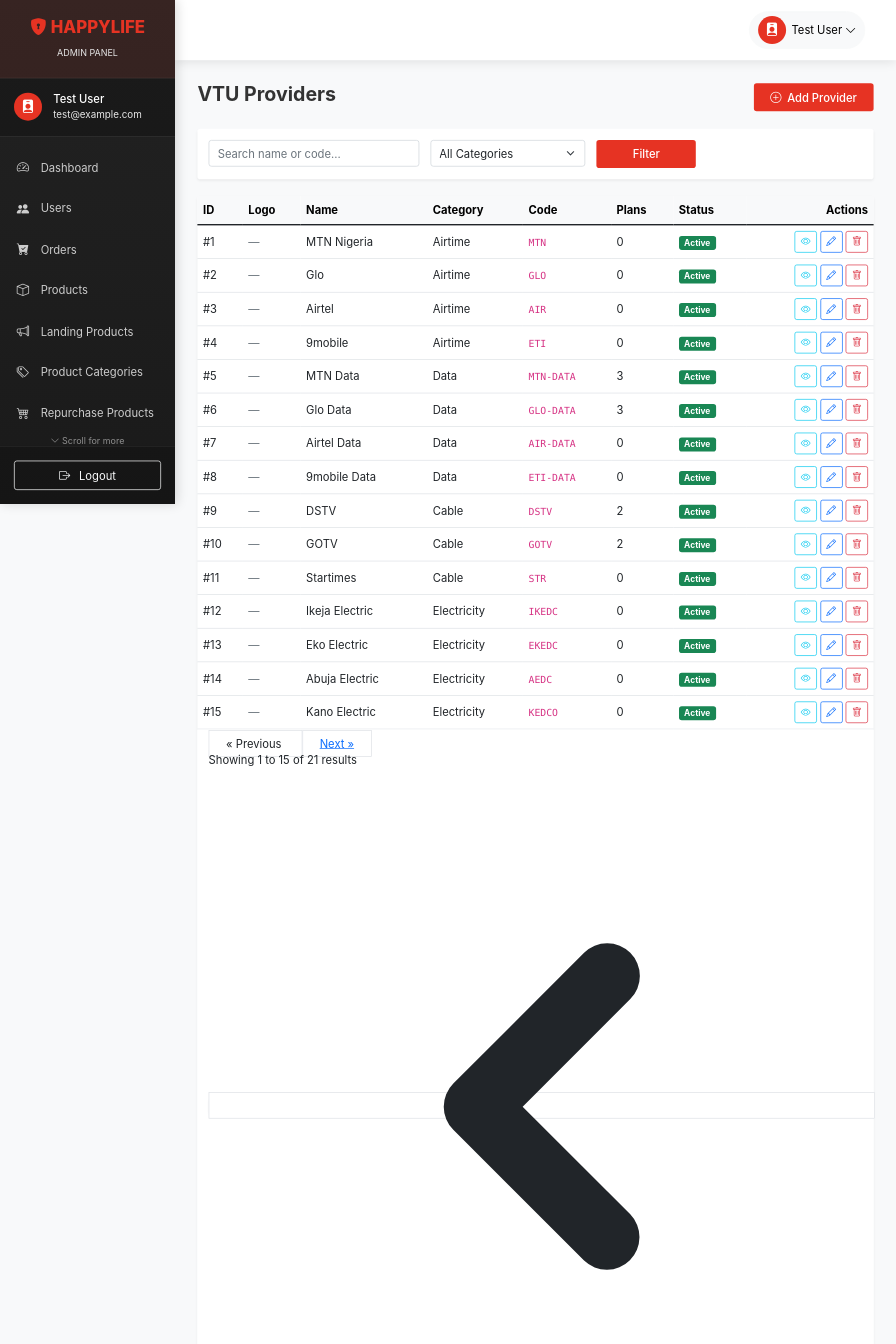
Repository: YackswebCode/happylife
Page: http://localhost/admin/vtu/providers
These files come from the project's save history. The page is drawn as it stood at one moment and after the next save; the edit follows.
The browser window is 1280 px wide. The pictures show the part of the page from y = 0 to 1920 px (the page is 3046 px tall), at 70% of full size.
The page is served by the project's Laravel application, run on PHP 8.4 with Laravel 12. The first stored user is signed in. Other server files are loaded and not shown. The database holds what the project's SQL file puts in it.

Above is the page before, as saved 2026-03-15 20:08:30.

### app/Models/Admin.php
<?php

namespace App\Models;

use Illuminate\Foundation\Auth\User as Authenticatable;
use Illuminate\Notifications\Notifiable;

class Admin extends Authenticatable
{
    use Notifiable;

    protected $fillable = [
        'name',
        'email',
        'password',   // 👈 Make sure this is a string, not a number
    ];

    protected $hidden = [
        'password',
        'remember_token',
    ];
}

### app/Models/VtuProvider.php
<?php

namespace App\Models;

use Illuminate\Database\Eloquent\Factories\HasFactory;
use Illuminate\Database\Eloquent\Model;

class VtuProvider extends Model
{
    use HasFactory;

    protected $fillable = [
        'name',
        'api_code',   // <-- add this
        'category',
        'logo',
        'is_active',
    ];

    protected $casts = [
        'is_active' => 'boolean',
    ];

    public function plans()
    {
        return $this->hasMany(VtuPlan::class, 'provider_id');
    }


        public function payscribeCode()
    {
        return $this->code; // exact string Payscribe expects
    }
}

### app/Models/VTUPlan.php
<?php

namespace App\Models;

use Illuminate\Database\Eloquent\Factories\HasFactory;
use Illuminate\Database\Eloquent\Model;

class VtuPlan extends Model
{
    use HasFactory;

    protected $fillable = [
        'provider_id',
        'api_code',       // <-- add this
        'name',
        'amount',
        'validity',
        'size',
        'is_active',
    ];

    protected $casts = [
        'is_active' => 'boolean',
        'amount' => 'decimal:2',
    ];

    public function provider()
    {
        return $this->belongsTo(VtuProvider::class, 'provider_id');
    }
}

### resources/views/admin/vtu/providers/index.blade.php
@extends('layouts.admin')

@section('title', 'VTU Providers')

@section('content')
<div class="container-fluid px-0">
    <div class="d-flex justify-content-between align-items-center mb-4">
        <h2 class="h3 text-dark-gray fw-bold">VTU Providers</h2>
        <a href="{{ route('admin.vtu.providers.create') }}" class="btn btn-red">
            <i class="bi bi-plus-circle me-2"></i>Add Provider
        </a>
    </div>

    <div class="card border-0 shadow-sm mb-4">
        <div class="card-body">
            <form method="GET" action="{{ route('admin.vtu.providers.index') }}">
                <div class="row g-3">
                    <div class="col-md-4">
                        <input type="text" name="search" class="form-control" placeholder="Search name or code..." value="{{ request('search') }}">
                    </div>
                    <div class="col-md-3">
                        <select name="category" class="form-select">
                            <option value="">All Categories</option>
                            <option value="airtime" {{ request('category') == 'airtime' ? 'selected' : '' }}>Airtime</option>
                            <option value="data" {{ request('category') == 'data' ? 'selected' : '' }}>Data</option>
                            <option value="cable" {{ request('category') == 'cable' ? 'selected' : '' }}>Cable TV</option>
                            <option value="electricity" {{ request('category') == 'electricity' ? 'selected' : '' }}>Electricity</option>
                        </select>
                    </div>
                    <div class="col-md-2">
                        <button type="submit" class="btn btn-red w-100">Filter</button>
                    </div>
                </div>
            </form>
        </div>
    </div>

    <div class="card border-0 shadow-sm">
        <div class="card-body p-0">
            <table class="table table-hover align-middle mb-0">
                <thead class="table-light">
                    <tr>
                        <th>ID</th>
                        <th>Logo</th>
                        <th>Name</th>
                        <th>Category</th>
                        <th>Code</th>
                        <th>Plans</th>
                        <th>Status</th>
                        <th class="text-end">Actions</th>
                    </tr>
                </thead>
                <tbody>
                    @forelse($providers as $provider)
                    <tr>
                        <td>#{{ $provider->id }}</td>
                        <td>
                            @if($provider->logo)
                                <img src="{{ asset('storage/'.$provider->logo) }}" alt="{{ $provider->name }}" style="width: 40px; height: 40px; object-fit: contain;">
                            @else
                                <span class="text-muted">—</span>
                            @endif
                        </td>
                        <td>{{ $provider->name }}</td>
                        <td>{{ ucfirst($provider->category) }}</td>
                        <td><code>{{ $provider->code }}</code></td>
                        <td>{{ $provider->plans()->count() }}</td>
                        <td>
                            @if($provider->is_active)
                                <span class="badge bg-success">Active</span>
                            @else
                                <span class="badge bg-secondary">Inactive</span>
                            @endif
                        </td>
                        <td class="text-end">
                            <a href="{{ route('admin.vtu.providers.show', $provider) }}" class="btn btn-sm btn-outline-info"><i class="bi bi-eye"></i></a>
                            <a href="{{ route('admin.vtu.providers.edit', $provider) }}" class="btn btn-sm btn-outline-primary"><i class="bi bi-pencil"></i></a>
                            <form action="{{ route('admin.vtu.providers.destroy', $provider) }}" method="POST" class="d-inline" onsubmit="return confirm('Delete this provider?');">
                                @csrf @method('DELETE')
                                <button class="btn btn-sm btn-outline-danger"><i class="bi bi-trash"></i></button>
                            </form>
                        </td>
                    </tr>
                    @empty
                    <tr><td colspan="8" class="text-center py-4 text-muted">No providers found.</td></tr>
                    @endforelse
                </tbody>
            </table>
        </div>
        @if($providers->hasPages())
        <div class="card-footer bg-white border-0">
            {{ $providers->links() }}
        </div>
        @endif
    </div>
</div>
@endsection

### sql/happylife.sql (the tables this page reads)
CREATE TABLE `users` (
  `id` bigint(20) UNSIGNED NOT NULL,
  `name` varchar(255) NOT NULL,
  `email` varchar(255) NOT NULL,
  `email_verified_at` timestamp NULL DEFAULT NULL,
  `username` varchar(255) NOT NULL,
  `phone` varchar(255) DEFAULT NULL,
  `address` text DEFAULT NULL,
  `password` varchar(255) NOT NULL,
  `sponsor_id` varchar(255) DEFAULT NULL,
  `placement_id` varchar(255) DEFAULT NULL,
  `placement_position` varchar(255) DEFAULT NULL,
  `package_id` bigint(20) UNSIGNED DEFAULT NULL,
  `country` varchar(255) DEFAULT NULL,
  `state` varchar(255) DEFAULT NULL,
  `product_id` bigint(20) UNSIGNED DEFAULT NULL,
  `pickup_center_id` bigint(20) UNSIGNED DEFAULT NULL,
  `rank_id` bigint(20) UNSIGNED DEFAULT NULL,
  `left_count` int(11) NOT NULL DEFAULT 0,
  `right_count` int(11) NOT NULL DEFAULT 0,
  `total_pv` decimal(12,2) NOT NULL DEFAULT 0.00,
  `current_pv` decimal(12,2) NOT NULL DEFAULT 0.00,
  `status` varchar(255) NOT NULL DEFAULT 'active',
  `registration_date` timestamp NULL DEFAULT NULL,
  `role` enum('admin','company','member') NOT NULL DEFAULT 'member',
  `remember_token` varchar(100) DEFAULT NULL,
  `verification_code` varchar(10) DEFAULT NULL,
  `created_at` timestamp NULL DEFAULT NULL,
  `updated_at` timestamp NULL DEFAULT NULL,
  `referral_code` varchar(255) DEFAULT NULL,
  `payment_status` varchar(20) NOT NULL DEFAULT 'pending',
  `activated_at` timestamp NULL DEFAULT NULL,
  `commission_wallet_balance` decimal(12,2) DEFAULT 0.00,
  `registration_wallet_balance` decimal(12,2) DEFAULT 0.00,
  `rank_wallet_balance` decimal(12,2) DEFAULT 0.00,
  `shopping_wallet_balance` decimal(12,2) DEFAULT 0.00,
  `left_pv` decimal(12,2) NOT NULL DEFAULT 0.00,
  `right_pv` decimal(12,2) NOT NULL DEFAULT 0.00,
  `direct_bonus_total` decimal(12,2) DEFAULT 0.00,
  `indirect_level_2_bonus_total` decimal(12,2) DEFAULT 0.00,
  `indirect_level_3_bonus_total` decimal(12,2) DEFAULT 0.00,
  `matching_pv_bonus_total` decimal(12,2) DEFAULT 0.00,
  `paid_matching_pv` decimal(12,2) NOT NULL DEFAULT 0.00,
  `rank_bonus_total` decimal(12,2) DEFAULT 0.00,
  `repurchase_bonus_total` decimal(12,2) DEFAULT 0.00,
  `lifestyle_bonus_total` decimal(12,2) DEFAULT 0.00,
  `direct_sponsors_count` int(11) DEFAULT 0,
  `upgrade_bonus_total` decimal(12,2) NOT NULL DEFAULT 0.00
) ENGINE=InnoDB DEFAULT CHARSET=utf8mb4 COLLATE=utf8mb4_unicode_ci;

INSERT INTO `users` (`id`, `name`, `email`, `email_verified_at`, `username`, `phone`, `address`, `password`, `sponsor_id`, `placement_id`, `placement_position`, `package_id`, `country`, `state`, `product_id`, `pickup_center_id`, `rank_id`, `left_count`, `right_count`, `total_pv`, `current_pv`, `status`, `registration_date`, `role`, `remember_token`, `verification_code`, `created_at`, `updated_at`, `referral_code`, `payment_status`, `activated_at`, `commission_wallet_balance`, `registration_wallet_balance`, `rank_wallet_balance`, `shopping_wallet_balance`, `left_pv`, `right_pv`, `direct_bonus_total`, `indirect_level_2_bonus_total`, `indirect_level_3_bonus_total`, `matching_pv_bonus_total`, `paid_matching_pv`, `rank_bonus_total`, `repurchase_bonus_total`, `lifestyle_bonus_total`, `direct_sponsors_count`, `upgrade_bonus_total`) VALUES
(2, 'John Doe', 'john@example.com', '2026-02-10 13:18:14', 'johndoe', '08030000003', 'testing', '$2y$12$54luF8FjQiMF5Z9/x7FbvO0RRZLtmGML4HrhpsoY4o/vycr9W9WRi', '1', '1', NULL, 2, NULL, NULL, 1, 2, 2, 1, 0, 260.00, 260.00, 'active', '2026-02-10 11:51:19', 'member', NULL, NULL, '2026-02-10 11:51:19', '2026-02-21 13:02:52', 'SP12345', 'paid', NULL, 32706.00, 0.00, 0.00, 0.00, 220.00, 40.00, 32500.00, 125.00, 37.50, 4.00, 40.00, 5000.00, 0.00, 0.00, 2, 40.00),
(32, 'Yahaya Ibrahim', 'yahayaibraheem808@gmail.com', '2026-02-21 11:40:09', 'yahayaibrahim', '+234 7084343765', '21 421 Mokwa-bida Road NI Mokwa, Ng\r\nBuilding', '$2y$12$i9XkddAX75gOFwnMPIWsW.28jNLi5/IxSsEAZgi4Reb7uBoG6LQxG', '2', '2', 'left', 4, 'Arewa', 'Niger', 4, 3, 2, 1, 1, 130.00, 130.00, 'active', '2026-02-21 11:39:18', 'member', NULL, NULL, '2026-02-21 11:39:18', '2026-02-21 15:15:13', 'HL7J7TUK', 'paid', '2026-02-21 11:41:08', 6107.50, 0.00, 6000.00, 2000.00, 50.00, 50.00, 5000.00, 62.50, 0.00, 5.00, 50.00, 6000.00, 0.00, 0.00, 4, 40.00),
(33, 'Yahaya Ibrahim', 'yi66130@gmail.com', '2026-02-21 11:43:36', 'yahayaibrahim1', '+2348012345678', NULL, '$2y$12$zW2NanW5WiKjpZX5ILKO1u9Dpnm2VeOijFNCeU5TJCZVS39h95m8i', '32', '32', 'left', 1, 'Arewa', 'Niger', 1, 3, NULL, 0, 0, 10.00, 10.00, 'active', '2026-02-21 11:43:13', 'member', NULL, NULL, '2026-02-21 11:43:13', '2026-02-21 11:43:51', 'HLGFBAHK', 'paid', '2026-02-21 11:43:51', 0.00, 0.00, 0.00, 0.00, 0.00, 0.00, 0.00, 0.00, 0.00, 0.00, 0.00, 0.00, 0.00, 0.00, 0, 0.00),
(34, 'Yahaya Ibrahim', 'khadijat6126@gmail.com', '2026-02-21 11:47:30', 'yahayaibrahim2', '+2348012345677', NULL, '$2y$12$qU/SnLtbB.l6Ek5hRXXC8eGaWP/TC0gFh7pSaoL33XUstLfzbr8JG', '32', '32', 'right', 1, 'Arewa', 'Niger', 1, 3, NULL, 1, 0, 20.00, 20.00, 'active', '2026-02-21 11:47:04', 'member', NULL, NULL, '2026-02-21 11:47:04', '2026-02-21 11:53:11', 'HLY4DBNO', 'paid', '2026-02-21 11:47:44', 2500.00, 0.00, 0.00, 0.00, 10.00, 0.00, 2500.00, 0.00, 0.00, 0.00, 0.00, 0.00, 0.00, 0.00, 2, 0.00),
(35, 'Yahaya Ibrahim', 'yacksweb@mail.com', '2026-02-21 11:52:53', 'yahayaibrahim3', '+2348012345655', NULL, '$2y$12$CNV3Id6rWMjDjLExwPirver7eHzeoebI4Fk.Z27bJAW6oetRC5naO', '34', '34', 'left', 1, 'Arewa', 'Niger', 1, 3, NULL, 0, 0, 10.00, 10.00, 'active', '2026-02-21 11:52:32', 'member', NULL, NULL, '2026-02-21 11:52:32', '2026-02-21 11:53:11', 'HLEYEAYZ', 'paid', '2026-02-21 11:53:11', 0.00, 0.00, 0.00, 0.00, 0.00, 0.00, 0.00, 0.00, 0.00, 0.00, 0.00, 0.00, 0.00, 0.00, 0, 0.00);

ALTER TABLE `users`
  ADD PRIMARY KEY (`id`),
  ADD UNIQUE KEY `users_email_unique` (`email`),
  ADD UNIQUE KEY `users_username_unique` (`username`),
  ADD UNIQUE KEY `users_referral_code_unique` (`referral_code`),
  ADD KEY `users_package_id_foreign` (`package_id`),
  ADD KEY `users_pickup_center_id_foreign` (`pickup_center_id`),
  ADD KEY `users_rank_id_foreign` (`rank_id`),
  ADD KEY `users_product_id_foreign` (`product_id`);

ALTER TABLE `users`
  MODIFY `id` bigint(20) UNSIGNED NOT NULL AUTO_INCREMENT, AUTO_INCREMENT=36;

ALTER TABLE `users`
  ADD CONSTRAINT `users_package_id_foreign` FOREIGN KEY (`package_id`) REFERENCES `packages` (`id`),
  ADD CONSTRAINT `users_pickup_center_id_foreign` FOREIGN KEY (`pickup_center_id`) REFERENCES `pickup_centers` (`id`),
  ADD CONSTRAINT `users_rank_id_foreign` FOREIGN KEY (`rank_id`) REFERENCES `ranks` (`id`);

CREATE TABLE `vtu_plans` (
  `id` bigint(20) UNSIGNED NOT NULL,
  `provider_id` bigint(20) UNSIGNED NOT NULL,
  `name` varchar(255) NOT NULL,
  `amount` decimal(12,2) NOT NULL,
  `validity` varchar(50) DEFAULT NULL,
  `size` varchar(50) DEFAULT NULL,
  `is_active` tinyint(1) NOT NULL DEFAULT 1,
  `created_at` timestamp NULL DEFAULT current_timestamp(),
  `updated_at` timestamp NULL DEFAULT current_timestamp() ON UPDATE current_timestamp()
) ENGINE=InnoDB DEFAULT CHARSET=utf8mb4 COLLATE=utf8mb4_general_ci;

INSERT INTO `vtu_plans` (`id`, `provider_id`, `name`, `amount`, `validity`, `size`, `is_active`, `created_at`, `updated_at`) VALUES
(1, 5, 'Daily 1GB', 300.00, '1 day', '1GB', 1, '2026-02-11 14:01:29', '2026-02-11 14:01:29'),
(2, 5, 'Weekly 2GB', 1000.00, '7 days', '2GB', 1, '2026-02-11 14:01:29', '2026-02-11 14:01:29'),
(3, 5, 'Monthly 10GB', 3000.00, '30 days', '10GB', 1, '2026-02-11 14:01:29', '2026-02-11 14:01:29'),
(4, 6, 'Daily 1GB', 250.00, '1 day', '1GB', 1, '2026-02-11 14:01:29', '2026-02-11 14:01:29'),
(5, 6, 'Weekly 2GB', 900.00, '7 days', '2GB', 1, '2026-02-11 14:01:29', '2026-02-11 14:01:29'),
(6, 6, 'Monthly 10GB', 2800.00, '30 days', '10GB', 1, '2026-02-11 14:01:29', '2026-02-11 14:01:29'),
(7, 9, 'DSTV Premium', 24500.00, '30 days', NULL, 1, '2026-02-11 14:01:29', '2026-02-11 14:01:29'),
(8, 9, 'DSTV Compact', 12600.00, '30 days', NULL, 1, '2026-02-11 14:01:29', '2026-02-11 14:01:29'),
(9, 10, 'GOTV Max', 5750.00, '30 days', NULL, 1, '2026-02-11 14:01:29', '2026-02-11 14:01:29'),
(10, 10, 'GOTV Jolli', 3650.00, '30 days', NULL, 1, '2026-02-11 14:01:29', '2026-02-11 14:01:29');

ALTER TABLE `vtu_plans`
  ADD PRIMARY KEY (`id`),
  ADD KEY `provider_index` (`provider_id`);

ALTER TABLE `vtu_plans`
  MODIFY `id` bigint(20) UNSIGNED NOT NULL AUTO_INCREMENT, AUTO_INCREMENT=11;

ALTER TABLE `vtu_plans`
  ADD CONSTRAINT `fk_provider` FOREIGN KEY (`provider_id`) REFERENCES `vtu_providers` (`id`) ON DELETE CASCADE;

CREATE TABLE `vtu_providers` (
  `id` bigint(20) UNSIGNED NOT NULL,
  `name` varchar(255) NOT NULL,
  `category` varchar(50) NOT NULL COMMENT 'airtime, data, cable, electricity',
  `code` varchar(50) NOT NULL,
  `logo` varchar(255) DEFAULT NULL,
  `is_active` tinyint(1) NOT NULL DEFAULT 1,
  `created_at` timestamp NULL DEFAULT current_timestamp(),
  `updated_at` timestamp NULL DEFAULT current_timestamp() ON UPDATE current_timestamp()
) ENGINE=InnoDB DEFAULT CHARSET=utf8mb4 COLLATE=utf8mb4_general_ci;

INSERT INTO `vtu_providers` (`id`, `name`, `category`, `code`, `logo`, `is_active`, `created_at`, `updated_at`) VALUES
(1, 'MTN Nigeria', 'airtime', 'MTN', NULL, 1, '2026-02-11 14:01:29', '2026-02-11 14:01:29'),
(2, 'Glo', 'airtime', 'GLO', NULL, 1, '2026-02-11 14:01:29', '2026-02-11 14:01:29'),
(3, 'Airtel', 'airtime', 'AIR', NULL, 1, '2026-02-11 14:01:29', '2026-02-11 14:01:29'),
(4, '9mobile', 'airtime', 'ETI', NULL, 1, '2026-02-11 14:01:29', '2026-02-11 14:01:29'),
(5, 'MTN Data', 'data', 'MTN-DATA', NULL, 1, '2026-02-11 14:01:29', '2026-02-11 14:01:29'),
(6, 'Glo Data', 'data', 'GLO-DATA', NULL, 1, '2026-02-11 14:01:29', '2026-02-11 14:01:29'),
(7, 'Airtel Data', 'data', 'AIR-DATA', NULL, 1, '2026-02-11 14:01:29', '2026-02-11 14:01:29'),
(8, '9mobile Data', 'data', 'ETI-DATA', NULL, 1, '2026-02-11 14:01:29', '2026-02-11 14:01:29'),
(9, 'DSTV', 'cable', 'DSTV', NULL, 1, '2026-02-11 14:01:29', '2026-02-11 14:01:29'),
(10, 'GOTV', 'cable', 'GOTV', NULL, 1, '2026-02-11 14:01:29', '2026-02-11 14:01:29'),
(11, 'Startimes', 'cable', 'STR', NULL, 1, '2026-02-11 14:01:29', '2026-02-11 14:01:29'),
(12, 'Ikeja Electric', 'electricity', 'IKEDC', NULL, 1, '2026-02-11 14:01:29', '2026-02-11 14:01:29'),
(13, 'Eko Electric', 'electricity', 'EKEDC', NULL, 1, '2026-02-11 14:01:29', '2026-02-11 14:01:29'),
(14, 'Abuja Electric', 'electricity', 'AEDC', NULL, 1, '2026-02-11 14:01:29', '2026-02-11 14:01:29'),
(15, 'Kano Electric', 'electricity', 'KEDCO', NULL, 1, '2026-02-11 14:01:29', '2026-02-11 14:01:29'),
(16, 'Port Harcourt Electric', 'electricity', 'PHED', NULL, 1, '2026-02-11 14:01:29', '2026-02-11 14:01:29'),
(17, 'Benin Electric', 'electricity', 'BEDC', NULL, 1, '2026-02-11 14:01:29', '2026-02-11 14:01:29'),
(18, 'Enugu Electric', 'electricity', 'EEDC', NULL, 1, '2026-02-11 14:01:29', '2026-02-11 14:01:29'),
(19, 'Ibadan Electric', 'electricity', 'IBEDC', NULL, 1, '2026-02-11 14:01:29', '2026-02-11 14:01:29'),
(20, 'Jos Electric', 'electricity', 'JED', NULL, 1, '2026-02-11 14:01:29', '2026-02-11 14:01:29'),
(21, 'Kaduna Electric', 'electricity', 'KAEDCO', NULL, 1, '2026-02-11 14:01:29', '2026-02-11 14:01:29');

ALTER TABLE `vtu_providers`
  ADD PRIMARY KEY (`id`),
  ADD UNIQUE KEY `unique_code` (`code`),
  ADD KEY `category_index` (`category`);

ALTER TABLE `vtu_providers`
  MODIFY `id` bigint(20) UNSIGNED NOT NULL AUTO_INCREMENT, AUTO_INCREMENT=22;

Loaded but not shown: app/Providers/AppServiceProvider.php (common file); app/Http/Controllers/Controller.php (common file); resources/views/layouts/admin.blade.php (838 lines, source omitted); routes/web.php (171 lines, source omitted); app/Models/User.php (323 lines, source omitted); routes/member.php (141 lines, source omitted); routes/admin.php (53 lines, source omitted); app/Http/Controllers/Admin/Vtu/ProviderController.php (108 lines, source omitted)

After the next save:
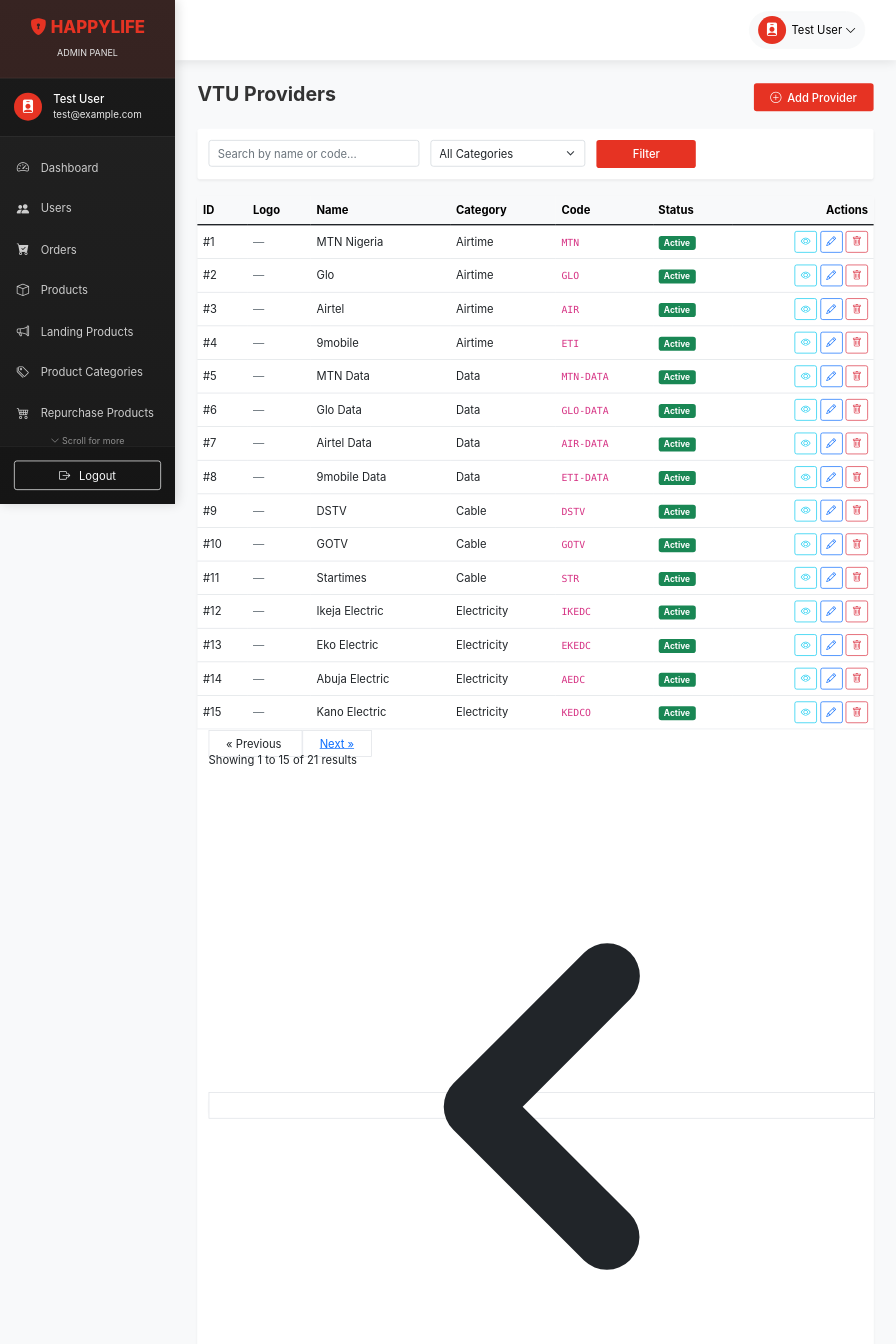
Saved 13 s later.
--- a/resources/views/admin/vtu/providers/index.blade.php
+++ b/resources/views/admin/vtu/providers/index.blade.php
@@ -16,7 +16,7 @@
             <form method="GET" action="{{ route('admin.vtu.providers.index') }}">
                 <div class="row g-3">
                     <div class="col-md-4">
-                        <input type="text" name="search" class="form-control" placeholder="Search name or code..." value="{{ request('search') }}">
+                        <input type="text" name="search" class="form-control" placeholder="Search by name or code..." value="{{ request('search') }}">
                     </div>
                     <div class="col-md-3">
                         <select name="category" class="form-select">
@@ -45,7 +45,6 @@
                         <th>Name</th>
                         <th>Category</th>
                         <th>Code</th>
-                        <th>Plans</th>
                         <th>Status</th>
                         <th class="text-end">Actions</th>
                     </tr>
@@ -56,7 +55,7 @@
                         <td>#{{ $provider->id }}</td>
                         <td>
                             @if($provider->logo)
-                                <img src="{{ asset('storage/'.$provider->logo) }}" alt="{{ $provider->name }}" style="width: 40px; height: 40px; object-fit: contain;">
+                                <img src="{{ asset('storage/'.$provider->logo) }}" alt="{{ $provider->name }}" style="width: 30px; height: 30px; object-fit: contain;">
                             @else
                                 <span class="text-muted">—</span>
                             @endif
@@ -64,7 +63,6 @@
                         <td>{{ $provider->name }}</td>
                         <td>{{ ucfirst($provider->category) }}</td>
                         <td><code>{{ $provider->code }}</code></td>
-                        <td>{{ $provider->plans()->count() }}</td>
                         <td>
                             @if($provider->is_active)
                                 <span class="badge bg-success">Active</span>
@@ -82,7 +80,7 @@
                         </td>
                     </tr>
                     @empty
-                    <tr><td colspan="8" class="text-center py-4 text-muted">No providers found.</td></tr>
+                    <tr><td colspan="7" class="text-center py-4 text-muted">No providers found.</td></tr>
                     @endforelse
                 </tbody>
             </table>
